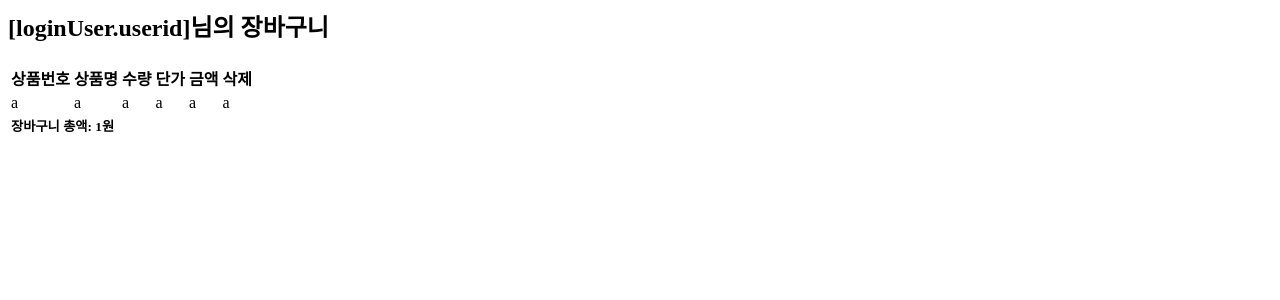
Repository: Jayking0215/myjava
Page: http://localhost/SpringWeb/WEB-INF/views/shop/cartList.jsp
An editor plug-in stored every save of this project. The page is shown before and after the next save, followed by the edit.
The browser window is 1280 px wide. The pictures show the whole page.
The page is served by Tomcat 9. Nobody is signed in. The template is opened directly, without the code that normally fills it, so the values that code supplies are empty.

Above is the page before, as saved 2023-05-10 02:35:54.

After the next save:
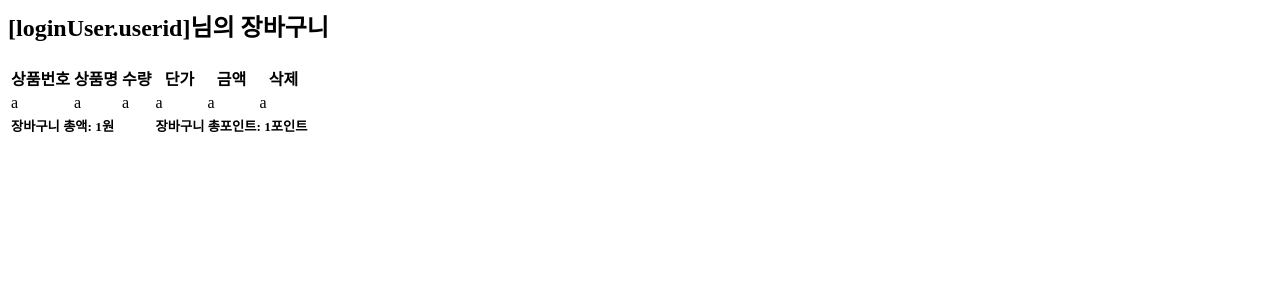
Saved 30 s later.
--- a/SpringWorkspace/SpringWeb/src/main/webapp/WEB-INF/views/shop/cartList.jsp
+++ b/SpringWorkspace/SpringWeb/src/main/webapp/WEB-INF/views/shop/cartList.jsp
@@ -37,7 +37,7 @@
 							<h5>장바구니 총액: <span class="text-danger">1원</span></h5>
 						</td>
 						<td colspan="3">
-							<h5></h5>
+							<h5>장바구니 총포인트: <span class="text-success">1포인트</span></h5>
 						</td>
 					</tr>
 				</tbody>
